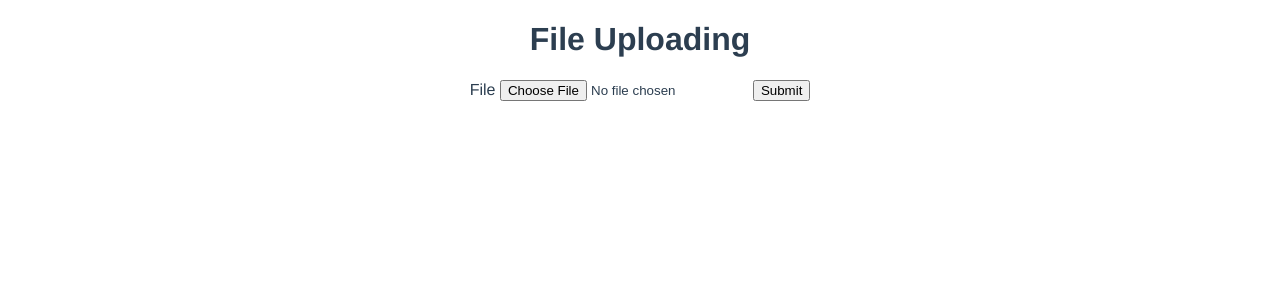
Repository: rockeycse/file-upload-front
Page: /
These files come from the project's save history. The page is drawn as it stood at one moment and after the next save; the edit follows.
The browser window is 1280 px wide. The pictures show the whole page.
The project was rebuilt for these pictures with package versions that can differ from the ones it lists, and the page was loaded fresh each time. Also part of the build but not shown: src/components/ProgressPage.vue.

Above is the page before, as saved 2021-06-27 10:01:46.

After the next save:
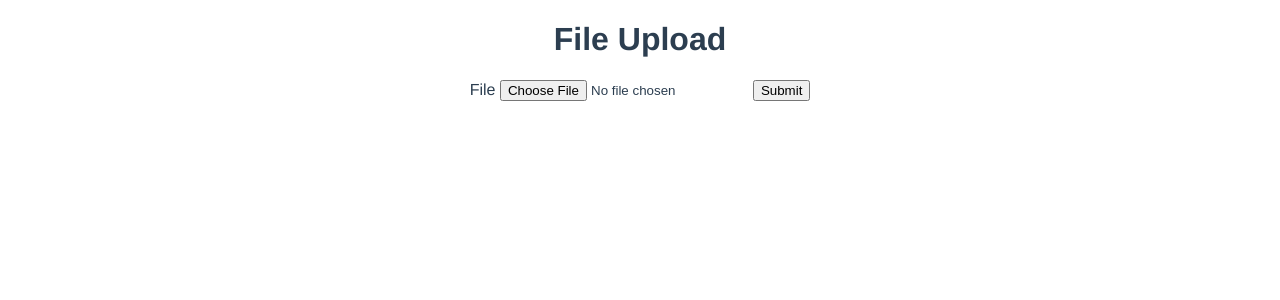
Saved 27 h 50 min later.
--- a/src/components/FileUpload.vue
+++ b/src/components/FileUpload.vue
@@ -1,7 +1,7 @@
 <template>
   <div class="container">
     <div class="row mb-4">
-      <h1>File Uploading</h1>
+      <h1>File Upload</h1>
     </div>
     <div class="large-12 medium-12 small-12 cell">
       <label
